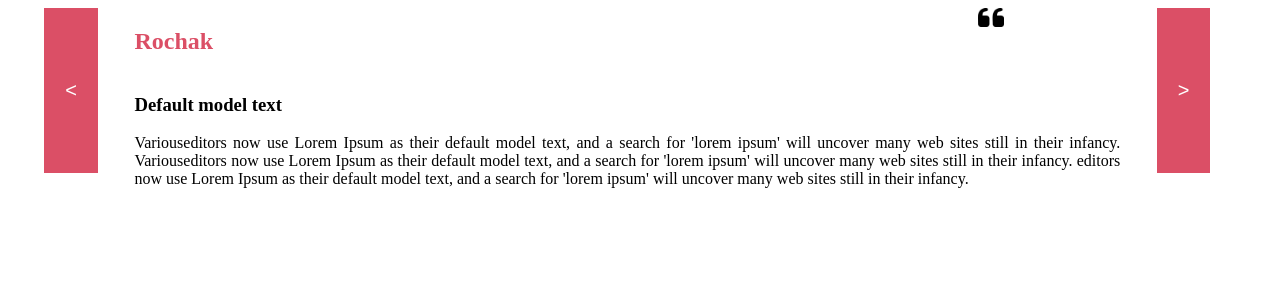
Repository: AVINKUMARP/gifts
Page: demo2.html
An editor plug-in stored every save of this project. The page is shown before and after the next save, followed by the edit.
The browser window is 1280 px wide. The pictures show the whole page.

Above is the page before, as saved 2023-08-24 14:04:46.

### demo2.html
<!DOCTYPE html>
<html lang="en">
<head>
    <meta charset="UTF-8">
    <meta name="viewport" content="width=device-width, initial-scale=1.0">
    <title>Document</title>
    <style>
        .container{
            display: flex;
            flex-wrap: wrap;
            text-align: center;
            margin: ;
        }
        .cbutl{
            width: 10%;
        }
        .cpara{
            width: 78%;
        }
        .cbutr{
            width: 10%;
        }
        .csub{
            display: flex;
            flex-wrap: wrap;
            justify-content: space-between;
        }
        .cbutl button{
            background-color: #db4f66;
            color: white;
            border:1px solid #db4f66;
            padding: 70px 20px;
            font-size: 20px;
        }
        .csub h2{
            text-align: start;

        }
        .ch h2{
            color:#db4f66;
        }
        .ch h3{
            color:#db4f66;
        }
        .cpara h3{
            text-align: start;
        }
        .cpara p{
            text-align: justify;
        }
    </style>
</head>
<body>
    <div class="container">
        <div class="cbutl"><button><</button></div>
        <div class="cpara">
            <div class="csub">
                <div class="ch"><h2>Rochak</h2>
                </div>
                <div class="cicon"><img src="./images/icon.png" alt="loading..." width="10%"></div>
            </div>
            <h3>Default model text</h3>
            <p>Variouseditors now use Lorem Ipsum as their default model text, and a search for 'lorem ipsum' will uncover many web sites still in their infancy. Variouseditors now use Lorem Ipsum as their default model text, and a search for 'lorem ipsum' will uncover many web sites still in their infancy. editors now use Lorem Ipsum as their default model text, and a search for 'lorem ipsum' will uncover many web sites still in their infancy.</p>
        </div>
        <div class="cbutl"><button>></button></div>
    </div>
</body>
</html>

After the next save:
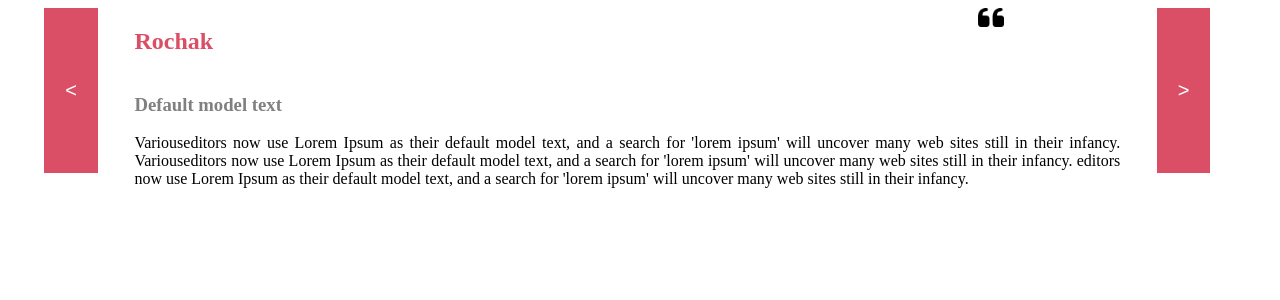
Saved 52 s later.
--- a/demo2.html
+++ b/demo2.html
@@ -39,8 +39,8 @@
         .ch h2{
             color:#db4f66;
         }
-        .ch h3{
-            color:#db4f66;
+        .cpara h3{
+            color:gray;
         }
         .cpara h3{
             text-align: start;
